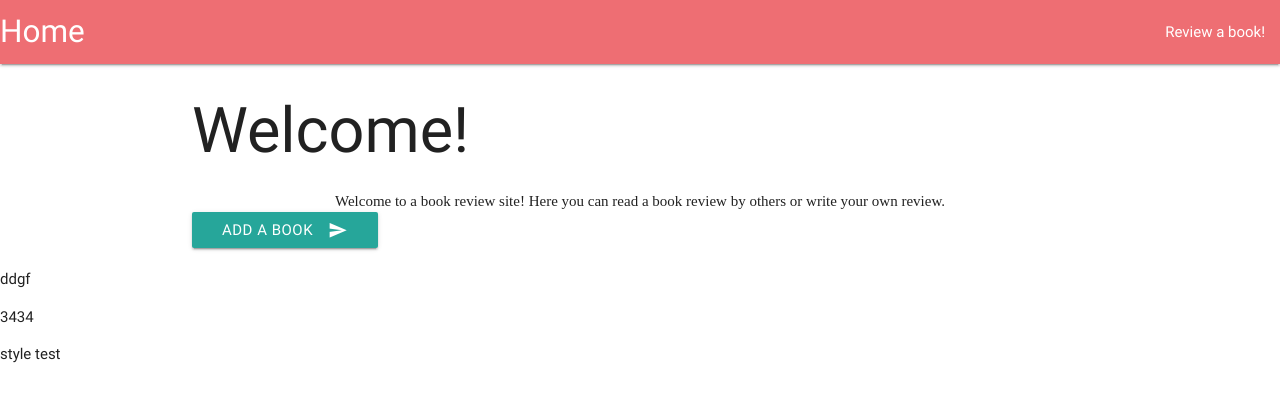
Repository: h8130084/bookReview
Page: http://localhost/
The author's editor kept a record of every edit. The page is drawn from the files as they stood at one moment, then again after the next edit.
The browser window is 1280 px wide. The pictures show the whole page.
Some web libraries are served in a nearby version. The page is served by the project's application, run on Flask 3 (app.py). Queries for data that is not in the repository find no rows.

Above is the page before.
Console error: ReferenceError: M is not defined

### templates/books.html
{% extends 'base.html' %} {% block content %}

<div class="wrapper">
    <h1> Welcome!</h1>
    <div class="sub-heading" "row"> Welcome to a book review site! Here you can read a book review by others or write your own review.</div>



    {% for book in books%}

    <div class="collection">
        <a href="{{url_for( 'book_info', book_id=book._id)}} " class="collection-item"> {{book.Title}}</a>
    </div>

    {% endfor %}



    <div class="row" "addBookButton">
        <form action="{{url_for('add_book')}}" class="col s12">
            <button class="btn waves-effect waves-light" type="submit" name="action">add a book
                <i class="material-icons right">send</i>
            </button>
        </form>
    </div>

</div>
</div>

{% endblock %}

### templates/base.html
<!DOCTYPE html>
<html lang="en">

<head>
    <meta charset="UTF-8">
    <meta name="viewport" content="width=device-width, initial-scale=1.0">
    <meta http-equiv="X-UA-Compatible" content="ie=edge">

    <!-- taken from google fonts, materilaize and cdnjs -->
    <link href="https://fonts.googleapis.com/icon?family=Material+Icons" rel="stylesheet">
    <link rel="stylesheet" href="https://cdnjs.cloudflare.com/ajax/libs/materialize/0.100.2/css/materialize.min.css">
    <link rel="stylesheet" href="{{url_for('static', filename='/style.css')}}" type="text/css" />

    <title>Document</title>
</head>

<body>
    <header>
        <nav>
            <div class="nav-wrapper">
                <a href="{{url_for('get_books')}}" class="brand-logo">Home</a>
                <ul id="nav-mobile" class="right">
                    <li><a href="{{url_for('add_book')}}">Review a book!</a></li>
                </ul>
            </div>
        </nav>

    </header>


    <div class="container" "books">
        {% block content %} {% endblock %}

        <script src="https://cdnjs.cloudflare.com/ajax/libs/jquery/3.2.1/jquery.min.js"></script>
        <script src="https://cdnjs.cloudflare.com/ajax/libs/materialize/0.100.2/js/materialize.min.js"></script>
        <script type="text/javascript">
            $(document).ready(function() {
                $('.tabs').tabs();
                $('#Review').val('New Text');
                M.textareaAutoResize($('#Review'));

            });
        </script>
    </div>


</body>

    <div class="footer">
        <p>ddgf</p>
        <p>3434</p>
        <p>style test</p>
    </div>
</html>

### app.py
import os
from flask import Flask, render_template, redirect, request, url_for
from flask_pymongo import PyMongo
from bson.objectid import ObjectId
import env

app = Flask(__name__)

app.config["MONGO_DBNAME"] = 'book_review'
app.config["MONGO_URI"] = env.MONGO_URI


mongo = PyMongo(app)

@app.route('/')
@app.route('/ get_books')
def get_books():
     return render_template("books.html", books=mongo.db.book_details.find())

@app.route('/edit_book/<book_id>')
def edit_book(book_id):
    the_book = mongo.db.book_details.find_one({"_id": ObjectId(book_id)})
    all_categories = mongo.db.categories.find()
    return render_template('editbook.html', book=the_book, categories=all_categories)

@app.route('/update_book/<book_id>', methods=["POST"])
def update_book(book_id):
    books = mongo.db.book_details
    books.update( {'_id': ObjectId(book_id)},
    {
        'Title': request.form.get('Title'),
        'Author': request.form.get('Author'),
        'Genre': request.form.get('Genre'),
        'Year': request.form.get('Year'),
        'Image_URL': request.form.get('Image_URL'),
        'Amazon': request.form.get('Amazon'),
        'Review': request.form.get('Review')
    })
    return redirect(url_for('get_books'))

#book details page
@app.route('/book_info/<book_id>')
def book_info(book_id):
    the_book = mongo.db.book_details.find_one({"_id": ObjectId(book_id)})
    all_categories = mongo.db.categories.find()
    return render_template('bookdetails.html', book=the_book, categories=all_categories)

# displays add books page
@app.route('/add_book')
def add_book():
    return render_template('addbook.html')

#  takes the details from the form and adds the book to the database, then redirects to home page
@app.route('/insert_book', methods=['POST'])
def insert_book():

    new_book = {
        'Title': request.form.get('Title'),
        'Author': request.form.get('Author'),
        'Genre': request.form.get('Genre'),
        'Year': request.form.get('Year'),
        'Image_URL': request.form.get('Image_URL'),
        'Amazon': request.form.get('Amazon'),
        'Review': request.form.get('Review'),
        'upvotes': 0,
    }

    books = mongo.db.book_details
    books.insert_one(new_book)
    # ----- get books should be home page to display that the book just added is present
    return redirect(url_for('get_books'))

# delete the book
@app.route('/delete_book/<book_id>')
def delete_book(book_id):
    mongo.db.book_details.remove({'_id': ObjectId(book_id)})
    return redirect(url_for('get_books'))


if __name__ == '__main__':
    app.run(host=os.environ.get('IP'),
    port=int(os.environ.get('PORT')),
    debug=True)

### static/style.css
@import url('https://fonts.googleapis.com/css?family=Raleway&display=swap" rel="stylesheet: 100,200,300,400,500,600,700');

/*body{*/
/*    background-color: green;*/
/*}*/

/* Nav bar */

/* Style the navbar */

.sub-heading {
  font-family: Indie Flower, cursive;
  text-align: center;
}

After the next edit:
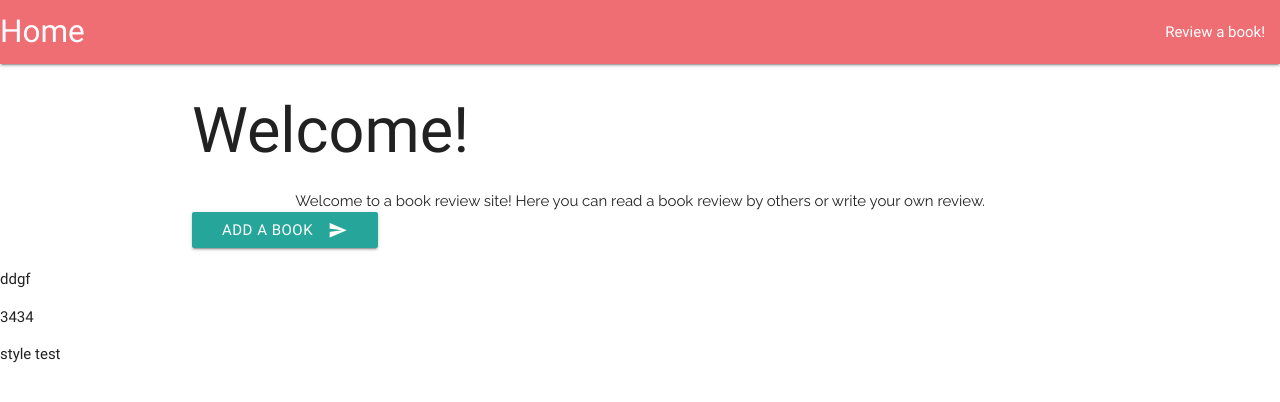
The edit:
--- a/static/style.css
+++ b/static/style.css
@@ -4,11 +4,8 @@
 /*    background-color: green;*/
 /*}*/
 
-/* Nav bar */
-
-/* Style the navbar */
 
 .sub-heading {
-  font-family: Indie Flower, cursive;
+  font-family: 'Raleway', sans-serif;
   text-align: center;
 }
